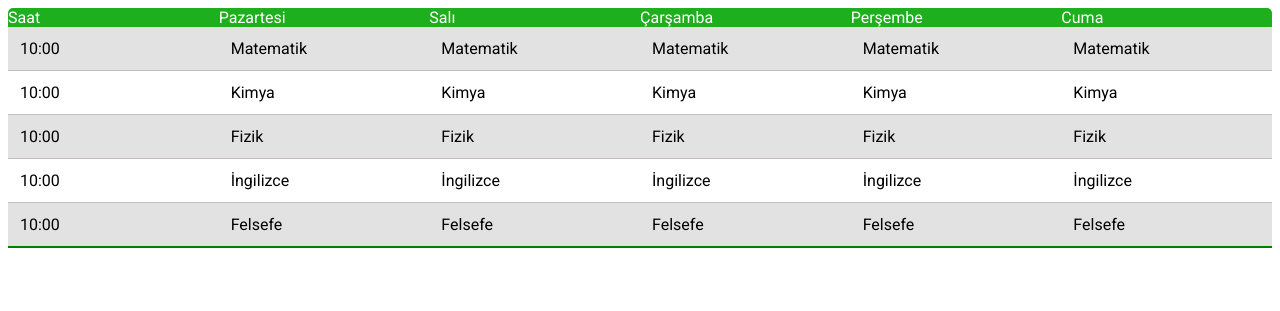
Repository: ahmetbugraozcan/css-ders-programi
Page: deneme.html
These files come from the project's save history. The page is drawn as it stood at one moment and after the next save; the edit follows.
The browser window is 1280 px wide. The pictures show the whole page.

Above is the page before, as saved 2021-07-10 10:07:38.

### deneme.html
<!DOCTYPE html>
<html lang="en">

<head>
    <link href='http://fonts.googleapis.com/css?family=Roboto' rel='stylesheet' type='text/css'>

    <meta charset="UTF-8">
    <meta http-equiv="X-UA-Compatible" content="IE=edge">
    <meta name="viewport" content="width=device-width, initial-scale=1.0">
    <title>Document</title>
</head>
<style>

body {
          font-family: 'Roboto', sans-serif;

        }

    header {
        background-color: rgb(29, 175, 29);
        color: white;
        border-radius: 5px 5px 0 0;

    }

    header,
    .row {
        display: flex;
        /* aligns all child elements (flex items) in a row */
    }

    .col :nth-of-type(odd){
        background-color:rgb(226, 226, 226) ;
    }
    .col :last-child {
        border-bottom: 2px solid green;
    }

    .col > div {
        border-bottom: 1px solid rgb(196, 187, 187);


    }

    .row > .col > div{
        padding:12px;
    }
    .col {
        flex: 1;
        /* distributes space on the line equally among items */
    }
</style>

<body>

    <header>
        <div class="col">Saat</div>
        <div class="col">Pazartesi</div>
        <div class="col">Salı</div>
        <div class="col">Çarşamba</div>
        <div class="col">Perşembe</div>
        <div class="col">Cuma</div>
    </header>
    <div class="row">
        <div class="col"><div>10:00</div><div>10:00</div>
            <div>10:00</div>
            <div>10:00</div>
            <div>10:00</div>
        </div>
        <div class="col">
            <div>Matematik</div>
            <div>Kimya</div>
            <div>Fizik</div>
            <div>İngilizce</div>
            <div>Felsefe</div>
        </div>
        <div class="col"><div>Matematik</div><div>Kimya</div>
            <div>Fizik</div>
            <div>İngilizce</div>
            <div>Felsefe</div>
        </div>
        <div class="col"><div>Matematik</div>
            <div>Kimya</div>
            <div>Fizik</div>
            <div>İngilizce</div>
            <div>Felsefe</div>
        </div>
        <div class="col"><div>Matematik</div><div>Kimya</div>
            <div>Fizik</div>
            <div>İngilizce</div>
            <div>Felsefe</div>
        </div>
        <div class="col"><div>Matematik</div>
            <div>Kimya</div>
            <div>Fizik</div>
            <div>İngilizce</div>
            <div>Felsefe</div>
        </div>
    </div>
</body>

</html>

After the next save:
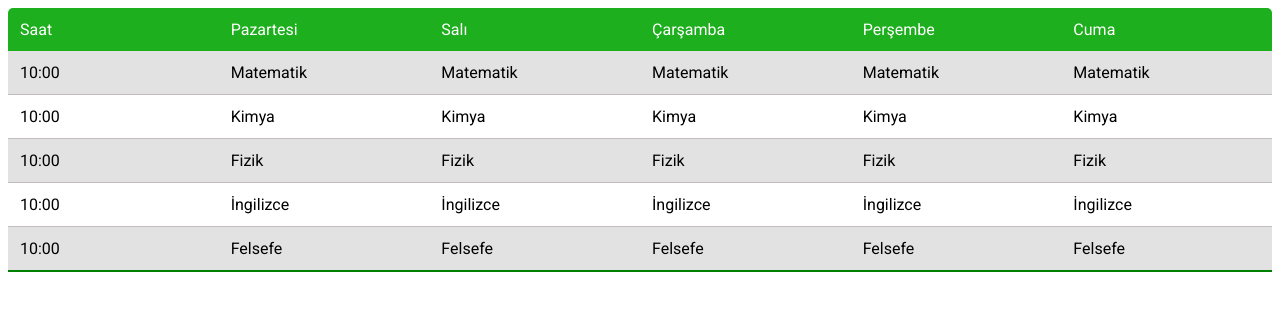
Saved 11 s later.
--- a/deneme.html
+++ b/deneme.html
@@ -42,7 +42,7 @@ body {
 
     }
 
-    .row > .col > div{
+    .row > .col > div, header > div{
         padding:12px;
     }
     .col {

After the save that followed:
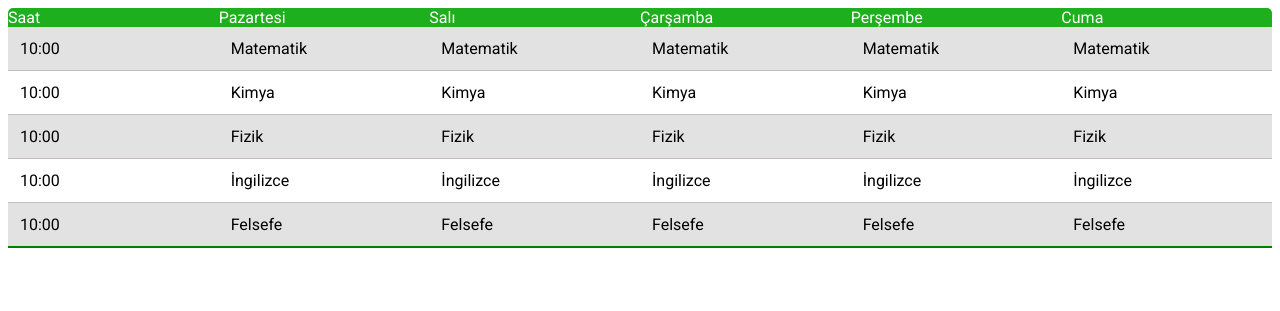
Saved 9 s later.
--- a/deneme.html
+++ b/deneme.html
@@ -42,7 +42,7 @@ body {
 
     }
 
-    .row > .col > div, header > div{
+    .row > .col > div{
         padding:12px;
     }
     .col {
